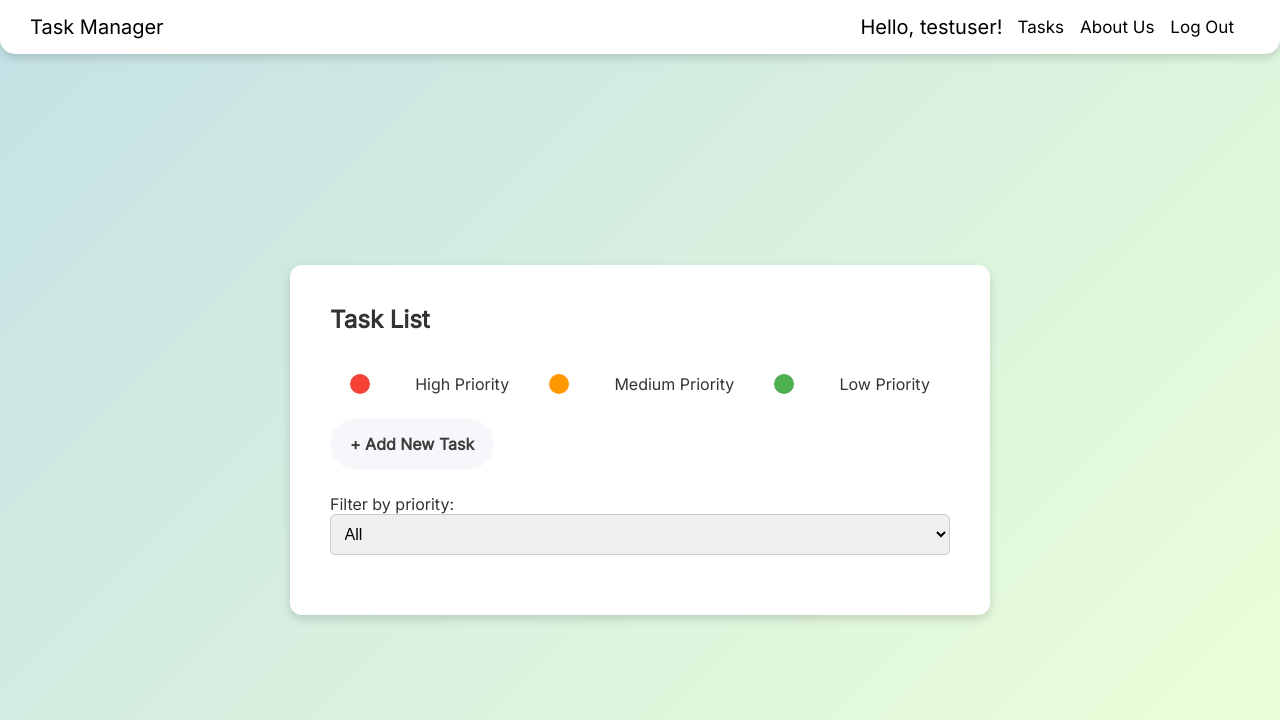
Repository: moatazbenma/fullstack-projects
Page: http://localhost/
An editor plug-in stored every save of this project. The page is shown before and after a run of saves, followed by the edit.
The browser window is 1280 px wide. The pictures show the whole page.
The page is served by the project's application, run on Django 5.2 (taskmanager/manage.py). A made-up administrator, testuser (Test User, test@example.com), is signed in. Queries for data that is not in the repository find no rows.

Above is the page before, as saved 2025-06-01 13:43:00.

After the next 4 saves:
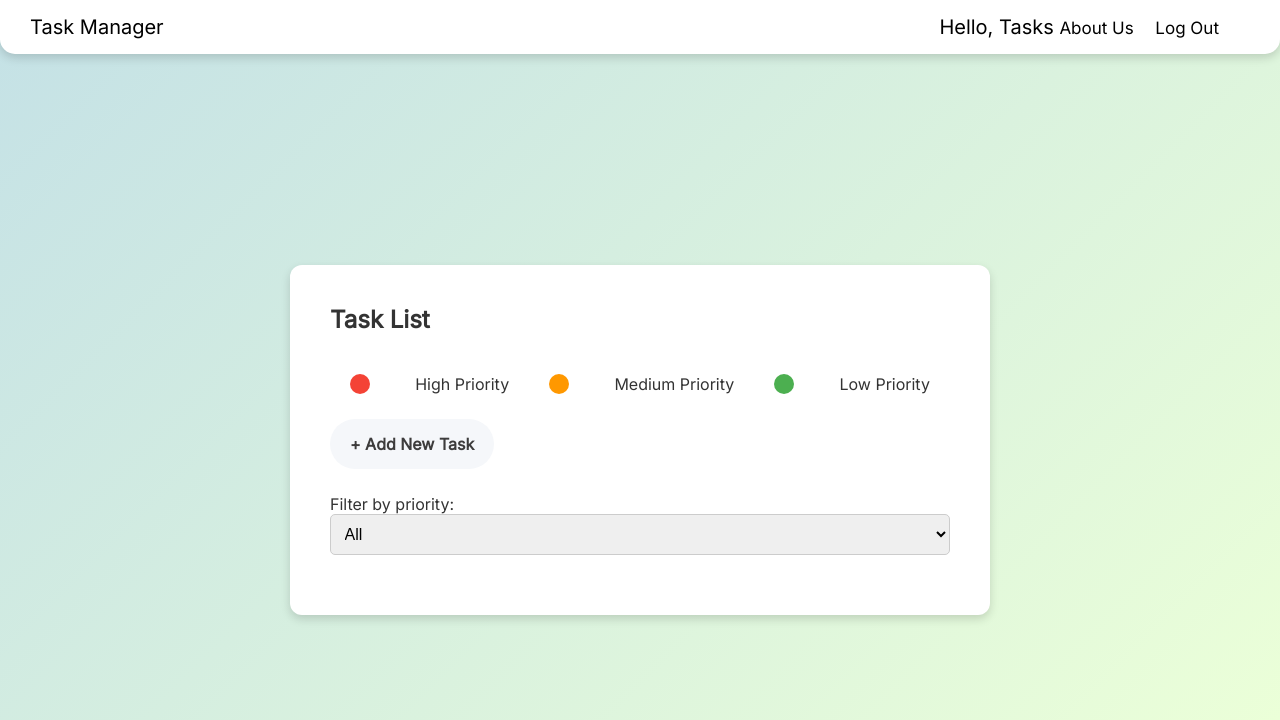
The 4 saves are shown as one change because they came seconds apart.
The last was saved 106 s later.
--- a/taskmanager/tasks/templates/tasks/base.html
+++ b/taskmanager/tasks/templates/tasks/base.html
@@ -11,7 +11,7 @@
         <a class="logo" href="{% url "task-list" %}">Task Manager</a>
         <div class="nav-links">
         {% if user.is_authenticated %}
-        <p class="user-info">Hello, {{user.username}}!</p>
+        <p class="user-info">Hello, <span class="{{user.username}}!</p>
                 <a href="{% url "task-list" %}">Tasks</a>
                 <a href="{% url "about_us"%}">About Us</a>
                 <a href="{% url "logout" %}">Log Out</a>

After the save that followed:
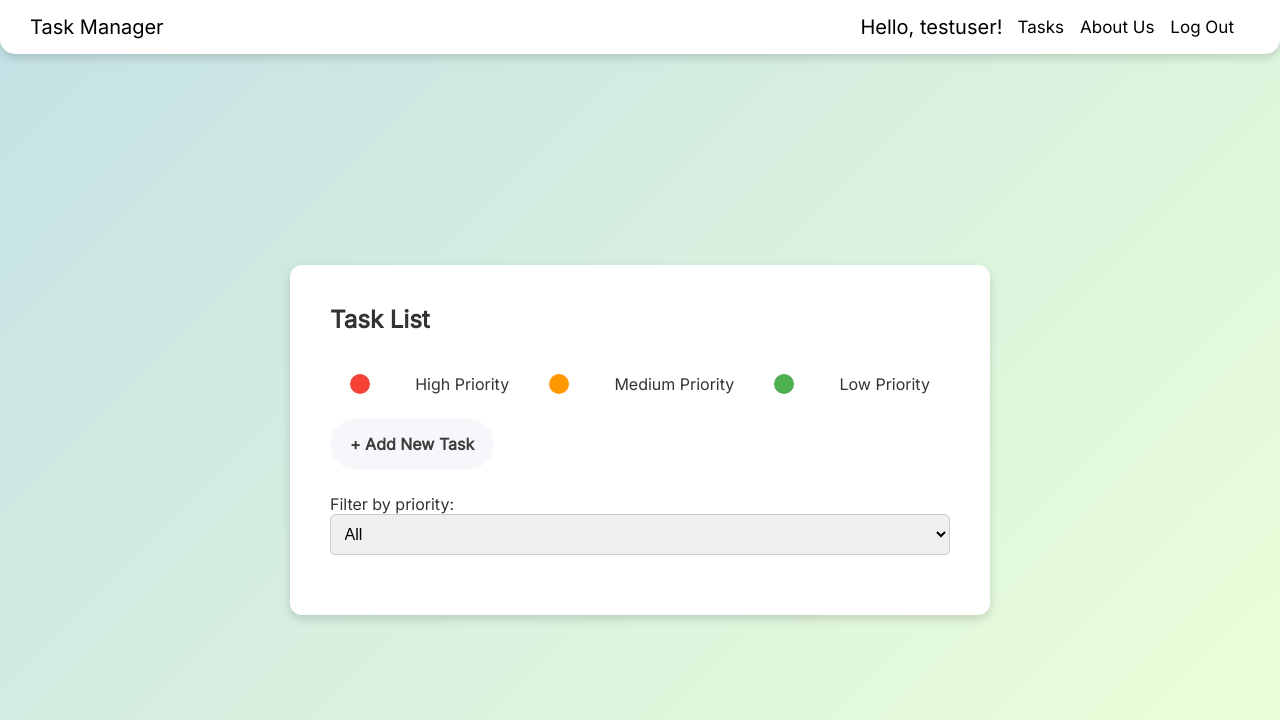
Saved 4 s later.
--- a/taskmanager/tasks/templates/tasks/base.html
+++ b/taskmanager/tasks/templates/tasks/base.html
@@ -11,7 +11,7 @@
         <a class="logo" href="{% url "task-list" %}">Task Manager</a>
         <div class="nav-links">
         {% if user.is_authenticated %}
-        <p class="user-info">Hello, <span class="{{user.username}}!</p>
+        <p class="user-info">Hello, <span class="username">{{user.username}}!</p>
                 <a href="{% url "task-list" %}">Tasks</a>
                 <a href="{% url "about_us"%}">About Us</a>
                 <a href="{% url "logout" %}">Log Out</a>
